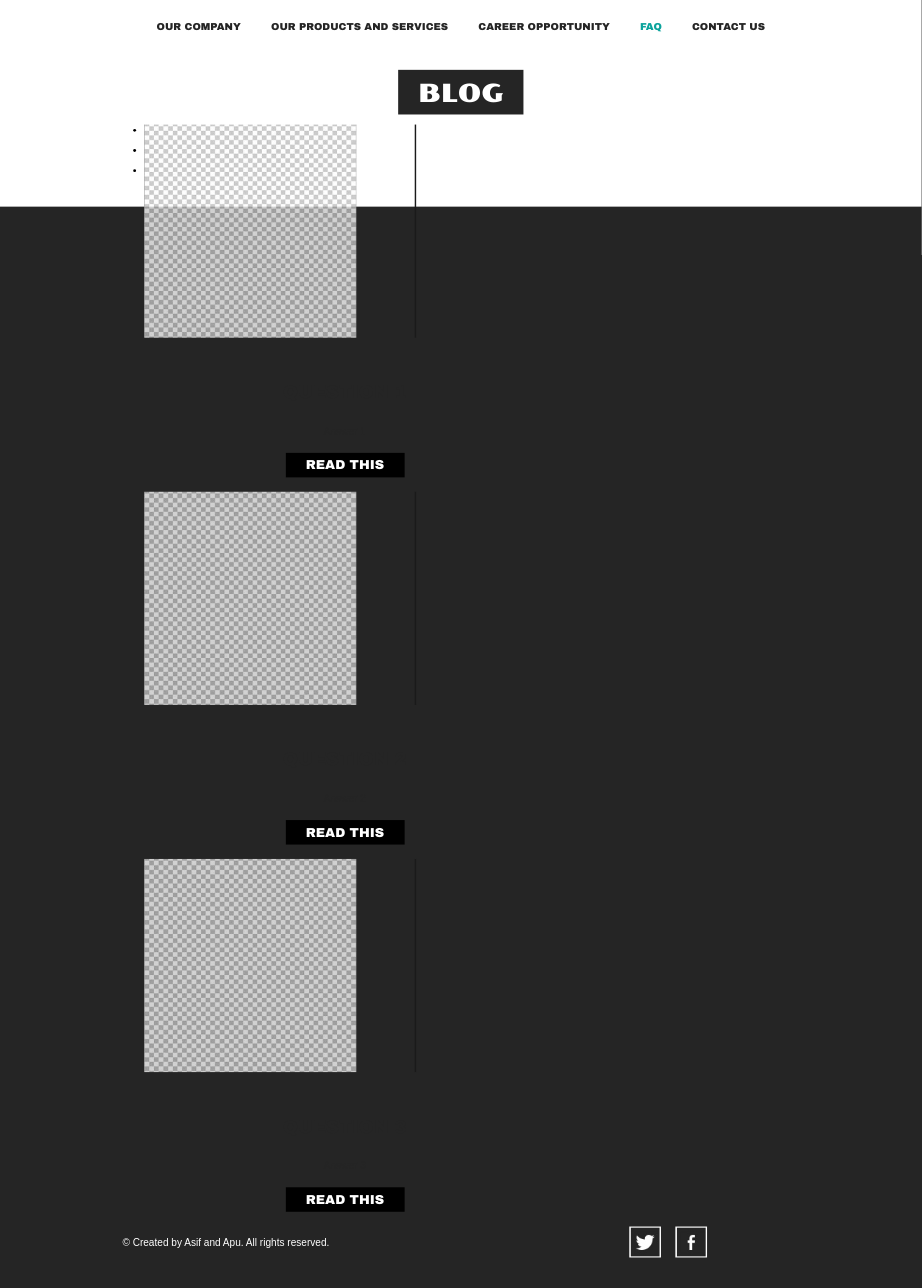
Repository: asifdotpy/textechint
Page: blog.html
An editor plug-in stored every save of this project. The page is shown before and after the next save, followed by the edit.
The browser window is 1280 px wide. The pictures show the whole page, at 72% of full size.

Above is the page before, as saved 2021-02-24 00:28:37.

After the next save:
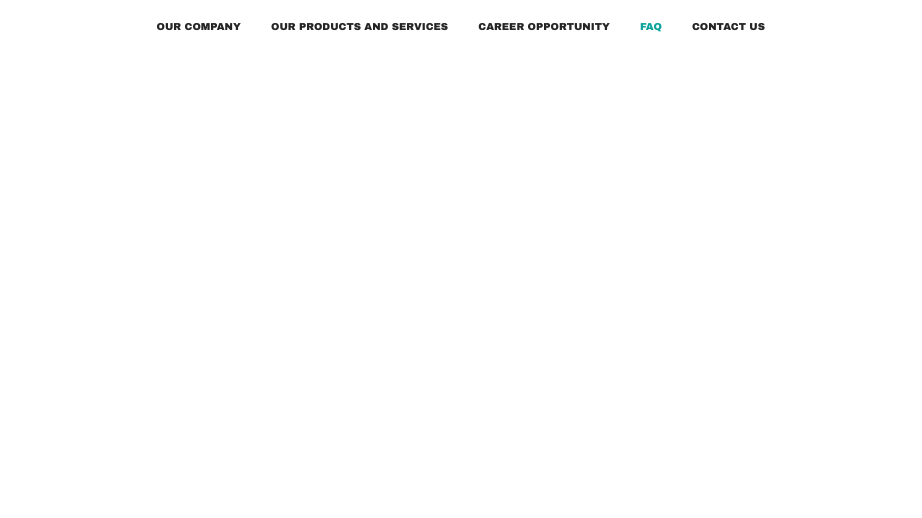
Saved 7 s later.
--- a/blog.html
+++ b/blog.html
@@ -29,7 +29,7 @@
 			</li>
 		</ul>
 	</div>
-	<!----> <div id="body">
+	<!-- <div id="body">
 		<h1><span>blog</span></h1>
 		<div>
 			<ul>
